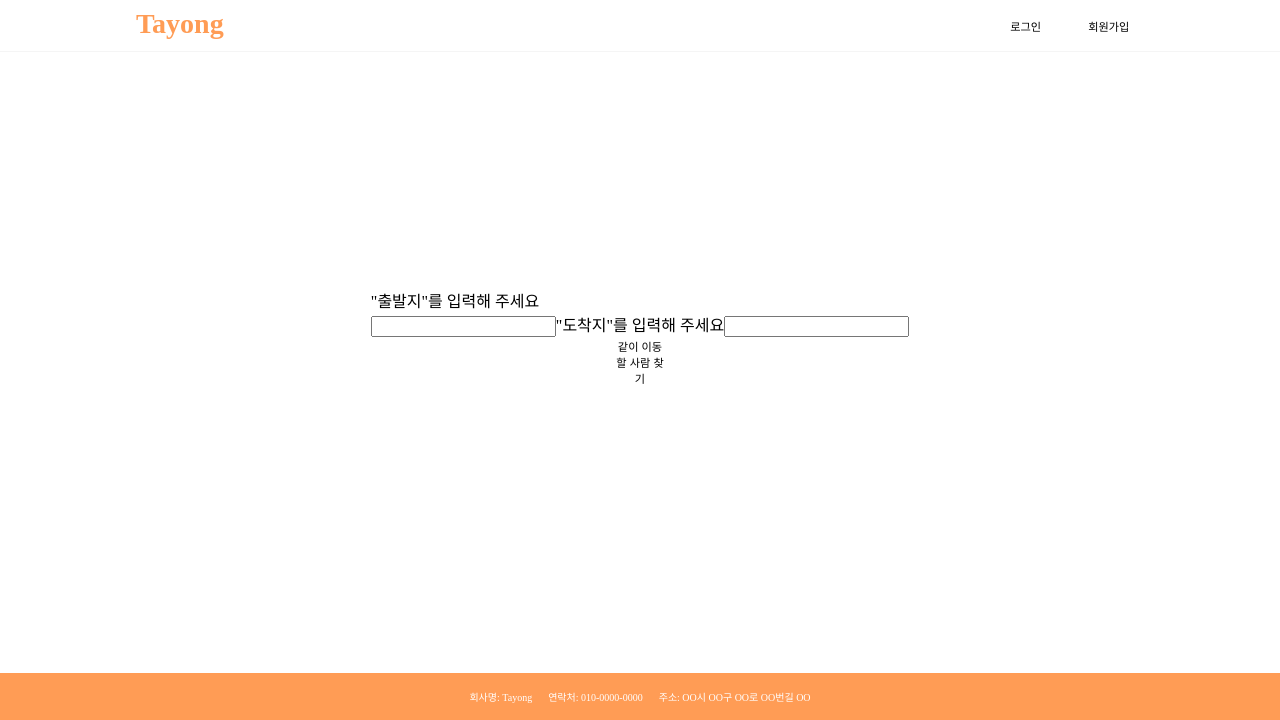
Repository: YEOMJINSEOP/playground
Page: / (app in tayong/)
These files come from the project's save history. The page is drawn as it stood at one moment and after the next save; the edit follows.
The browser window is 1280 px wide. The pictures show the whole page.
The project was rebuilt for these pictures with package versions that can differ from the ones it lists, and the page was loaded fresh each time.

Above is the page before, as saved 2022-10-28 14:03:59.

### tayong/src/App.js
import styles from './App.module.css';
import Header from './components/header/header';
import Footer from './components/footer/footer';
import LocationSelector from './components/locationSelector/locationSelector';

function App() {
  return (
    <>
    <Header/>
    <LocationSelector/>
    <Footer/>
    </>
  );
}

export default App;

### tayong/src/App.module.css
:root{

  /* color */
  --color-orange: #FF9C55;
  --color-light-grey: #f5f5f5;
  --color-white: #ffffff;
  --color-black: #201F1E;

  /* font size */
  --font-large: 48px;
  --font-medium: 28px;
  --font-regular: 18px;
  --font-small: 16px;
  --font-micro: 10px;

  /* font weight */
  --weight-bold: 700;
  --weight-semi-bold: 600;
  --weight-regular: 400;

 /* border weight */
 --border-weight: 1.5px;
}

/* universal setting*/
*{
  margin: 0;
}

button{
  border: none;
  cursor: pointer;
  background-color: transparent;
}

### tayong/src/components/header/header.jsx
import React from 'react';
import styles from './header.module.css';

function Header(props) {
  return (
    <>
      <nav className={styles.navbar}>

        <p className={styles.logo}>Tayong</p>

        <div className={styles.navbarBtn}>
          <button className={styles.btn}>로그인</button>
          <button className={styles.btn}>회원가입</button>
        </div>

      </nav>
    </>
  );
}

export default Header;

### tayong/src/components/footer/footer.jsx
import React from 'react';
import styles from './footer.module.css';

function Footer(props) {
  return (
    <>
     <footer className={styles.footer}>
      <p className={styles.name}>회사명: Tayong</p>
      <p className={styles.phone}>연락처: 010-0000-0000</p>
      <p className={styles.address}>주소: OO시 OO구 OO로 OO번길 OO</p>
     </footer>
    </>
  );
}

export default Footer;

### tayong/src/components/locationSelector/locationSelector.jsx
import React, { useState } from 'react';
import styles from './locationSelector.module.css';

function LocationSelector(props) {
  const [departure, setDeparture] = useState('');
  const [arrival, setArrival] = useState('');
  return (
    <form className={styles.locationSelector}>
      <div className={styles.location}>
        <div><span>"출발지"</span>를 입력해 주세요</div>
        <label htmlFor='departure'></label>
          <input
            type="text"
            id='departure'
            name='departure'
            value = {departure}
            onChange = {
              (e) => {
                setDeparture(e.target.value);
              }
            }
         />
          <label htmlFor='arrival'><span>"도착지"</span>를 입력해 주세요</label>
          <input
          type="text"
          id='arrival'
          name='arrival'
          value={arrival}
          onChange={
            (e) => {
              setArrival(e.target.value);
            }
          } />
      </div>
        <button>같이 이동할 사람 찾기</button>
    </form>
  );
}

export default LocationSelector;

### tayong/src/components/header/header.module.css
@import '../../App.module.css';

button{
  width: 4rem;
  font-size: 0.7rem;
}

.navbar{
  width: 100%;
  padding: 0.5rem;

  position: fixed;

  background-color: var(--color-white);
  border-bottom: var(--border-weight) solid var(--color-light-grey);

  display: flex;
  justify-content: space-between;
}

.logo{
  font-size: var(--font-medium);
  font-weight: bold;
  color: var(--color-orange);
  padding-left: 8rem;
  margin-bottom: 0.2rem;
  cursor: pointer;
}

.navbarBtn{
  display: flex;
  flex-direction: row;
  align-items: center;
  padding-right: 8rem;
}

.btn{
  margin-right: 1.2rem;
  height: 1.2rem;
  padding: 0;
  cursor: pointer;
}

### tayong/src/components/footer/footer.module.css
@import '../../App.module.css';

.footer{
  width: 100%;
  padding: 1rem;

  position: fixed;
  bottom: 0;

  background-color: var(--color-orange);
  color: var(--color-white);

  display: flex;
  flex-direction: row;
  justify-content: center;
  font-size: var(--font-micro)
}

p{
  padding-left: 1rem;
}

.address{
  margin-right: 3rem;
}

### tayong/src/components/locationSelector/locationSelector.module.css
@import '../../App.module.css';

.locationSelector{
  position: fixed;

  width: 100%;
  margin: auto;
  top: 40%;

  display: flex;
  flex-direction: column;
  align-items: center;
}

Loaded but not shown: tayong/public/index.html (common file); tayong/src/index.js (common file); tayong/src/index.css (common file); tayong/src/reportWebVitals.js (common file)

After the next save:
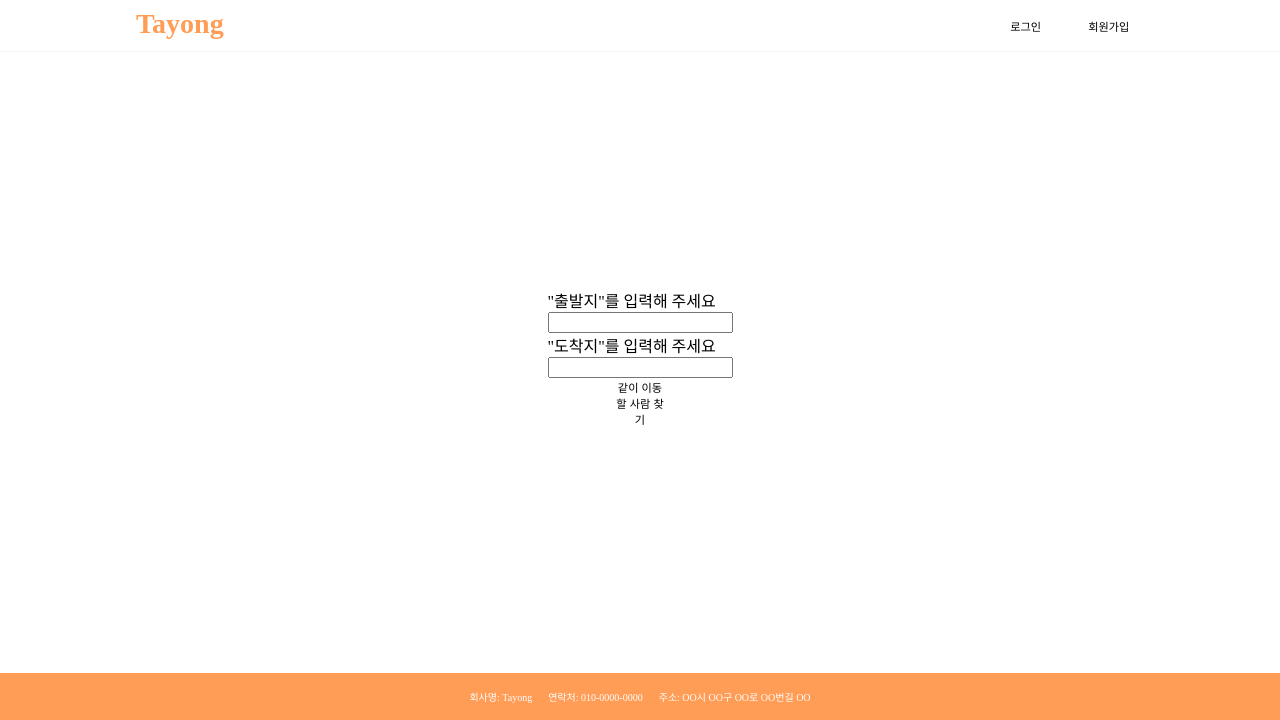
Saved 18 s later.
--- a/tayong/src/components/locationSelector/locationSelector.jsx
+++ b/tayong/src/components/locationSelector/locationSelector.jsx
@@ -20,7 +20,8 @@ function LocationSelector(props) {
               }
             }
          />
-          <label htmlFor='arrival'><span>"도착지"</span>를 입력해 주세요</label>
+          <div><span>"도착지"</span>를 입력해 주세요</div>
+          <label htmlFor='arrival'></label>
           <input
           type="text"
           id='arrival'
